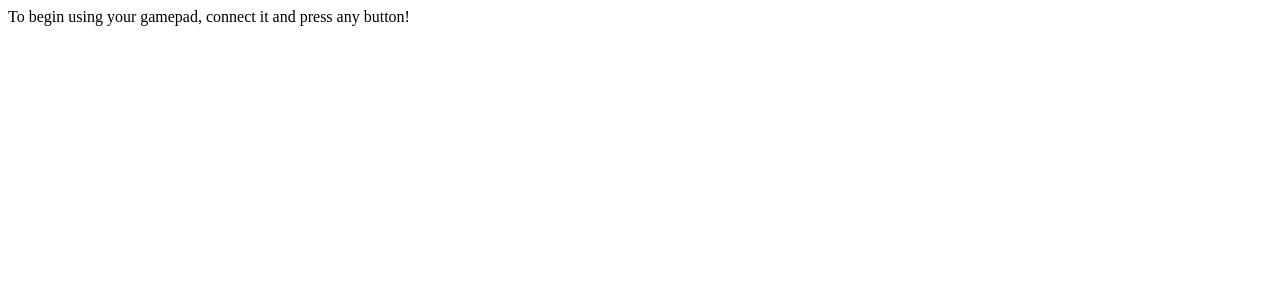
Repository: dkanda/PoetryHero
Page: index.html
The author's editor kept a record of every edit. The page is drawn from the files as they stood at one moment, then again after the next edit.
The browser window is 1280 px wide. The pictures show the whole page.

Above is the page before.

### index.html
<!DOCTYPE html>
<html>
    <head>
        <meta charset="utf-8">
        <meta http-equiv="X-UA-Compatible" content="IE=edge,chrome=1">
        <title></title>
        <meta name="description" content="">
        <meta name="viewport" content="width=device-width">
        <script type="text/javascript" src="jquery.js"></script>

    </head>
    <body>

    <div id="gamepadPrompt"></div>
    <div id="gamepadDisplay"></div>

    <script>
    var hasGP = false;
    var repGP;

    function canGame() {
        return "getGamepads" in navigator;
    }

    function reportOnGamepad() {
        var retArr = [];
        var gp = navigator.getGamepads()[0];

        for(var i=0;i<gp.buttons.length;i++) {
            if(gp.buttons[i].pressed){
                retArr.push(i);
            }
        }

        for(var i=0;i<gp.axes.length; i+=2) {
            //html+= "Stick "+(Math.ceil(i/2)+1)+": "+gp.axes[i]+","+gp.axes[i+1]+"<br/>";
            retArr.push("stick"+i,gp.axis[i])
        }

        console.log(retArr);
    }

    $(document).ready(function() {

        if(canGame()) {

            var prompt = "To begin using your gamepad, connect it and press any button!";
            $("#gamepadPrompt").text(prompt);

            $(window).on("gamepadconnected", function() {
                hasGP = true;
                $("#gamepadPrompt").html("Gamepad connected!");
                console.log("connection event");
                repGP = window.setInterval(reportOnGamepad,50);
            });

            $(window).on("gamepaddisconnected", function() {
                console.log("disconnection event");
                $("#gamepadPrompt").text(prompt);
                window.clearInterval(repGP);
            });

            //setup an interval for Chrome
            var checkGP = window.setInterval(function() {
                console.log('checkGP');
                if(navigator.getGamepads()[0]) {
                    if(!hasGP) $(window).trigger("gamepadconnected");
                    window.clearInterval(checkGP);
                }
            }, 500);
        }

    });
    </script>
    </body>
</html>

### app.js
var hasGP = false;
    var repGP;
    var oldGP;

    function canGame() {
        return "getGamepads" in navigator;
    }

    function reportOnGamepad() {
        var retArr = [];
        var gp = navigator.getGamepads()[0];

        for(var i=0;i<gp.buttons.length;i++) {
            if(gp.buttons[i].pressed){
                retArr.push(i);
            }
        }
        retArr.push(gp.axes[2] - 1)
        console.log(retArr);
        GenerateText(retArr);
    }


    function GenerateText(gamePadButtons)
    {
        if()
    }

    $(document).ready(function() {

        if(canGame()) {

            var prompt = "To begin using your gamepad, connect it and press any button!";
            $("#gamepadPrompt").text(prompt);

            $(window).on("gamepadconnected", function() {
                hasGP = true;
                $("#gamepadPrompt").html("Gamepad connected!");
                console.log("connection event");
                repGP = window.setInterval(reportOnGamepad,50);
            });

            $(window).on("gamepaddisconnected", function() {
                console.log("disconnection event");
                $("#gamepadPrompt").text(prompt);
                window.clearInterval(repGP);
            });

            //setup an interval for Chrome
            var checkGP = window.setInterval(function() {
                console.log('checkGP');
                if(navigator.getGamepads()[0]) {
                    if(!hasGP) $(window).trigger("gamepadconnected");
                    window.clearInterval(checkGP);
                }
            }, 500);
        }

    });

Loaded but not shown: jquery.js (library)

After the next edit:
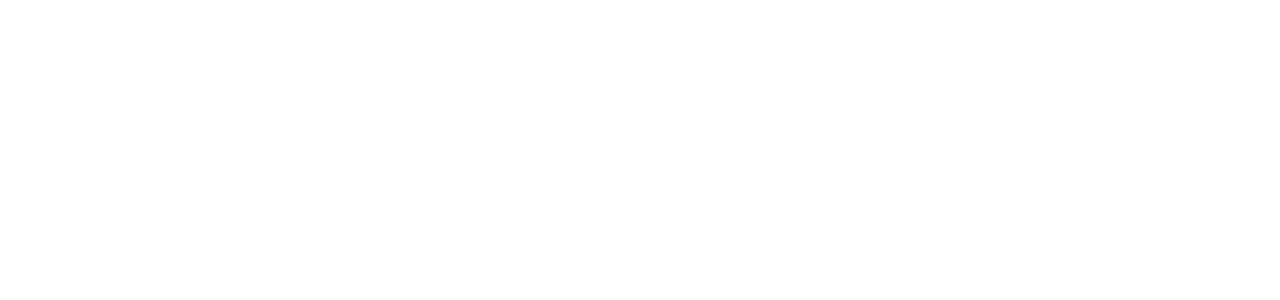
The edit:
--- a/index.html
+++ b/index.html
@@ -15,62 +15,7 @@
     <div id="gamepadDisplay"></div>
 
     <script>
-    var hasGP = false;
-    var repGP;
 
-    function canGame() {
-        return "getGamepads" in navigator;
-    }
-
-    function reportOnGamepad() {
-        var retArr = [];
-        var gp = navigator.getGamepads()[0];
-
-        for(var i=0;i<gp.buttons.length;i++) {
-            if(gp.buttons[i].pressed){
-                retArr.push(i);
-            }
-        }
-
-        for(var i=0;i<gp.axes.length; i+=2) {
-            //html+= "Stick "+(Math.ceil(i/2)+1)+": "+gp.axes[i]+","+gp.axes[i+1]+"<br/>";
-            retArr.push("stick"+i,gp.axis[i])
-        }
-
-        console.log(retArr);
-    }
-
-    $(document).ready(function() {
-
-        if(canGame()) {
-
-            var prompt = "To begin using your gamepad, connect it and press any button!";
-            $("#gamepadPrompt").text(prompt);
-
-            $(window).on("gamepadconnected", function() {
-                hasGP = true;
-                $("#gamepadPrompt").html("Gamepad connected!");
-                console.log("connection event");
-                repGP = window.setInterval(reportOnGamepad,50);
-            });
-
-            $(window).on("gamepaddisconnected", function() {
-                console.log("disconnection event");
-                $("#gamepadPrompt").text(prompt);
-                window.clearInterval(repGP);
-            });
-
-            //setup an interval for Chrome
-            var checkGP = window.setInterval(function() {
-                console.log('checkGP');
-                if(navigator.getGamepads()[0]) {
-                    if(!hasGP) $(window).trigger("gamepadconnected");
-                    window.clearInterval(checkGP);
-                }
-            }, 500);
-        }
-
-    });
     </script>
     </body>
 </html>

After the 2 edits that followed:
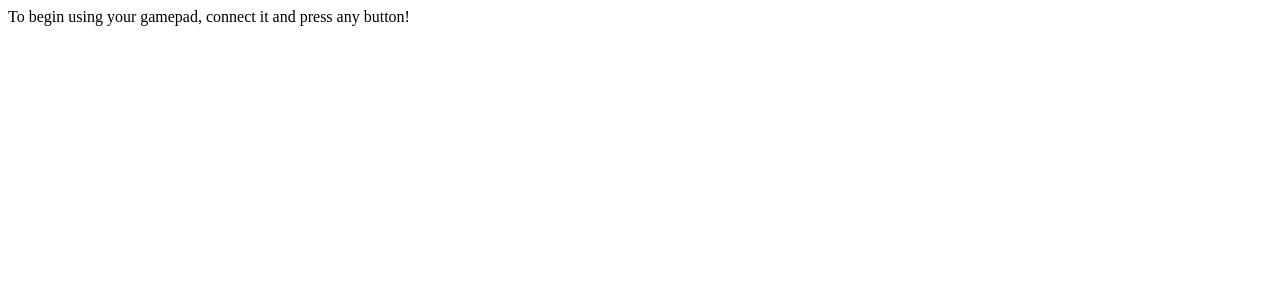
The 2 edits are shown as one change because 1 left the picture as it was.
The edit:
--- a/index.html
+++ b/index.html
@@ -7,6 +7,7 @@
         <meta name="description" content="">
         <meta name="viewport" content="width=device-width">
         <script type="text/javascript" src="jquery.js"></script>
+        <script type="text/javascript" src="app.js"></script>
 
     </head>
     <body>
--- a/app.js
+++ b/app.js
@@ -23,7 +23,7 @@
 
     function GenerateText(gamePadButtons)
     {
-        if()
+     //   if()
     }
 
     $(document).ready(function() {
